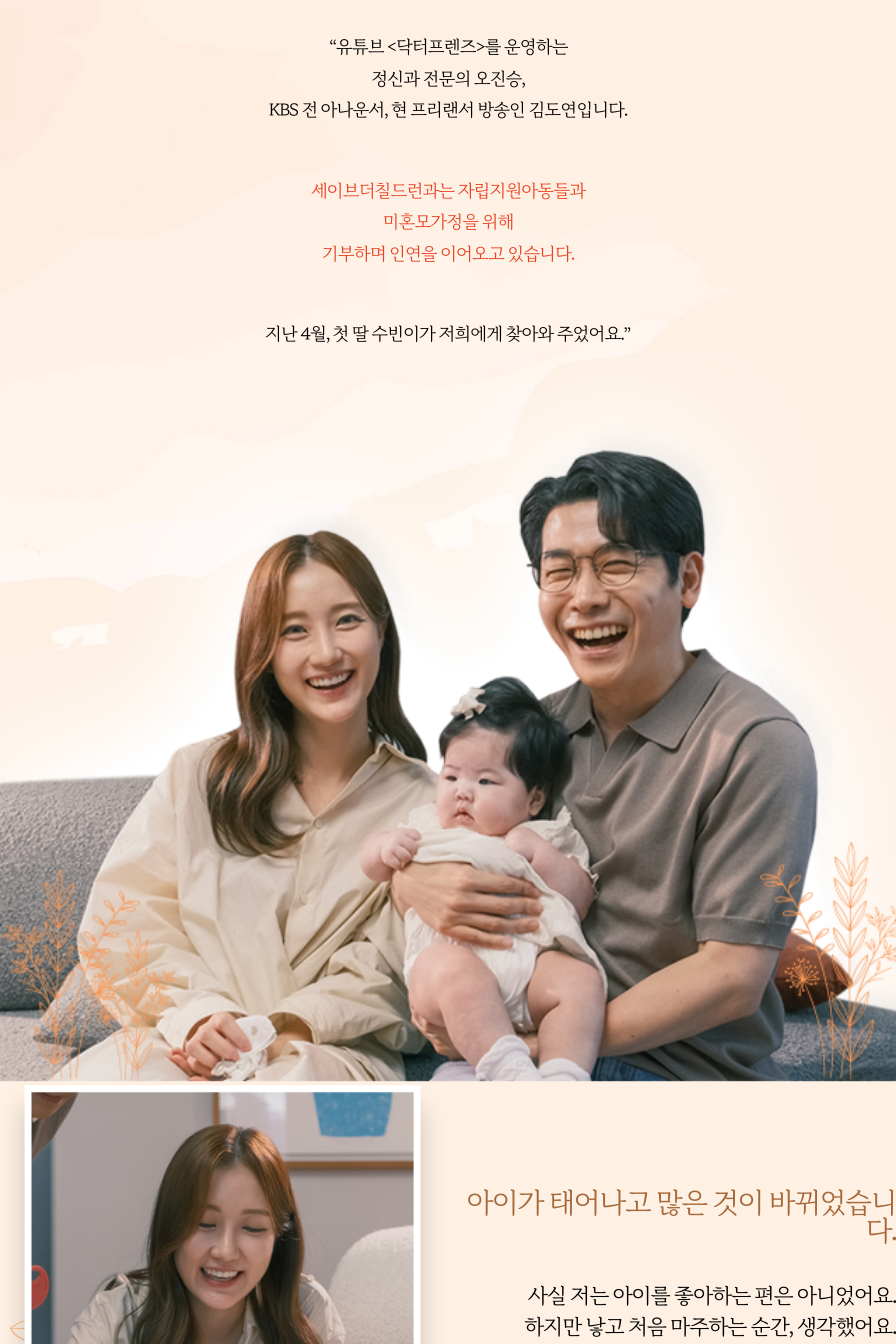
Repository: dlgywls1130/saveTheChildren_2024
Page: index.html
An editor plug-in stored every save of this project. The page is shown before and after the next save, followed by the edit.
The browser window is 1280 px wide. The pictures show the part of the page from y = 1371 to 3291 px (the page is 13231 px tall before and 13211 px after), at 70% of full size.
Some web fonts or font styles are not loaded; a fallback is used. The style sheet was rebuilt from its Sass, Less or Tailwind sources for each picture, by a compiler version that may differ from the author's.

Above is the page before, as saved 2024-11-03 21:02:15.

After the next save:
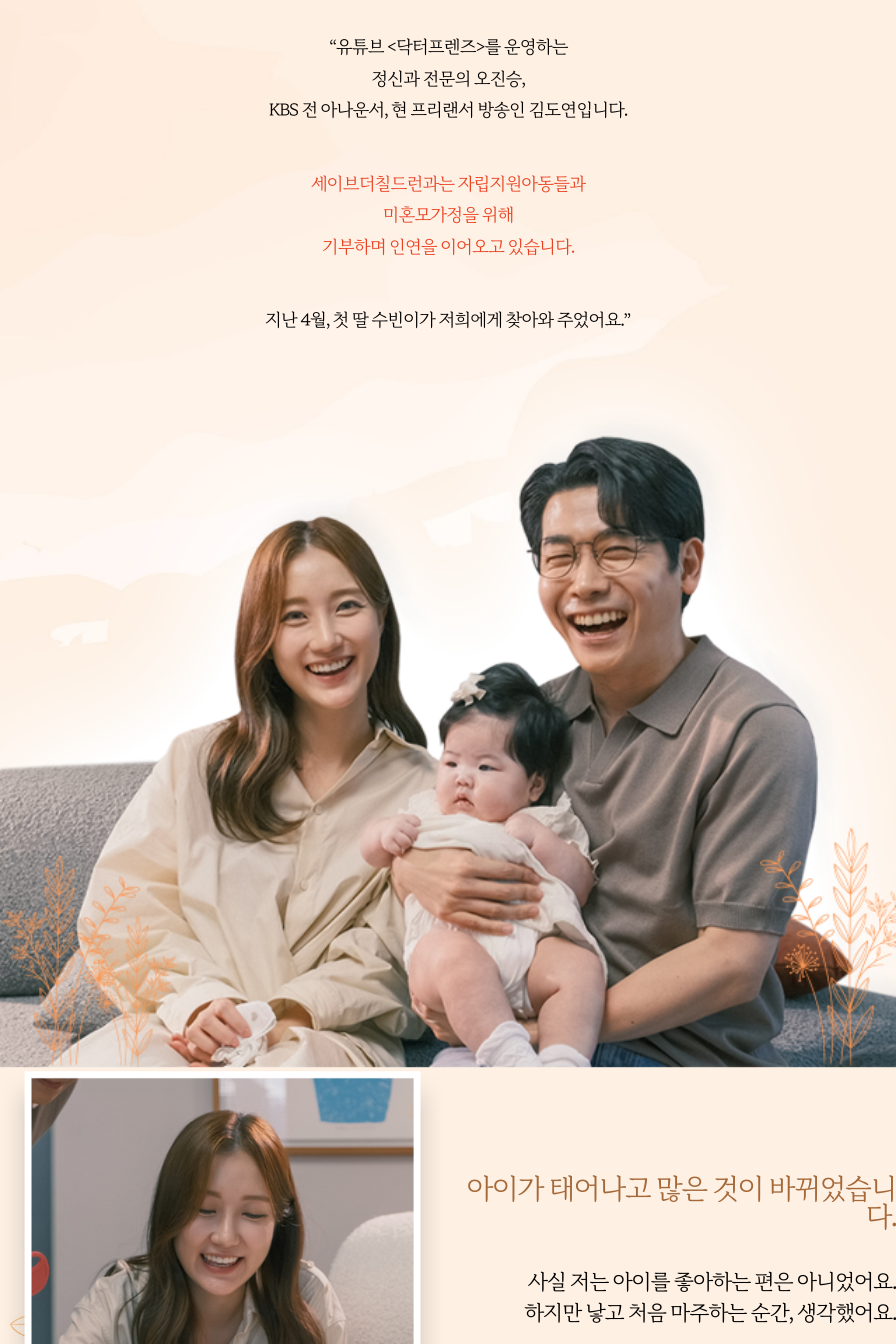
Saved 45 s later.
--- a/index.html
+++ b/index.html
@@ -52,12 +52,12 @@
             </div>
 
             <div class="story_01">
-                <p class="s01 mb-70">
+                <p class="s01 mb-60">
                     “유튜브 <닥터프렌즈>를 운영하는<br> 정신과 전문의 오진승,
                     <br>KBS 전 아나운서, 현 프리랜서 방송인 김도연입니다.
                 </p>
 
-                <p class="s01_1 mb-70">
+                <p class="s01_1 mb-60">
                     세이브더칠드런과는 자립지원아동들과<br> 미혼모가정을 위해
                     <br>기부하며 인연을 이어오고 있습니다.
                 </p>
